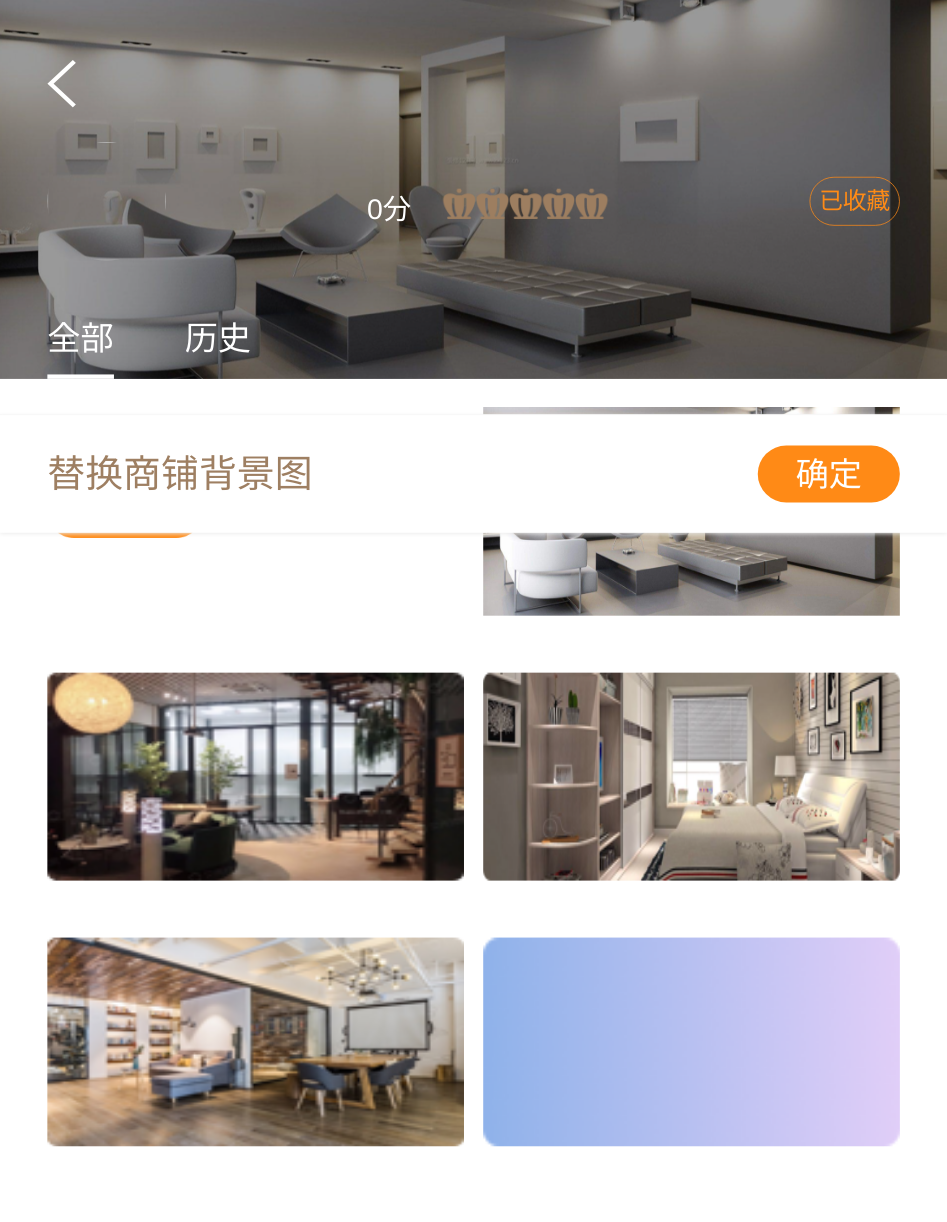
Repository: missing-star/rockBridge
Page: shop-set-bg.html
An editor plug-in stored every save of this project. The page is shown before and after the next save, followed by the edit.
The browser window is 1280 px wide. The pictures show the whole page, at 74% of full size.

Above is the page before, as saved 2019-05-16 18:01:44.

### shop-set-bg.html
<!DOCTYPE html>
<html lang="en">

<head>
    <meta charset="UTF-8">
    <meta name="viewport" content="width=device-width, initial-scale=1.0, user-scalable=no,maximum-scale=1.0">
    <meta http-equiv="X-UA-Compatible" content="ie=edge">
    <meta http-equiv="Expires" content="0">
    <meta http-equiv="Pragma" content="no-cache">
    <meta http-equiv="Cache-control" content="no-cache">
    <meta http-equiv="Cache" content="no-cache">
    <link rel="stylesheet" href="assets/mui/css/mui.min.css?v=1.2.6">
    <link rel="stylesheet" href="css/common.css?v=1.2.6">
    <link rel="stylesheet" href="css/shop-detail.css?v=1.2.6">
    <link rel="stylesheet" href="css/shop-set-bg.css">
    <title>叠石桥</title>
    <!--
        店铺详情
    -->
</head>

<body>
    <div id="app">
        <!--顶部搜索栏-->
        <header class="mui-bar mui-bar-nav" :style="currentBg">
            <div class="bg-black">
                <div class="search-group">
                    <i onclick="goBack()" class="mui-icon mui-icon-arrowleft"></i>
                </div>
                <div class="shop-info">
                    <img :src="shopInfo.images" alt="" class="shop-logo">
                    <div class="shop-title">
                        <p class="shop-name">{{shopInfo.title}}</p>
                        <p class="shop-level">
                            <span class="shop-score">{{score}}分</span>
                            <span class="shop-level-icon">
                                <img v-for="n in score" class="img-level" src="imgs/crown-active.png" alt="">
                                <img class="img-level" v-for="n in (5-score)" src="imgs/crown.png" alt="">
                            </span>
                        </p>
                    </div>
                    <button class="follow active">
                        已收藏
                    </button>
                </div>
                <ul class="tab-list">
                    <li class="tab-item active" data-tab-id="0">全部</li>
                    <li class="tab-item" data-tab-id="1">历史</li>
                </ul>
            </div>
        </header>
        <div class="mui-content">
            <div class="tab-content" :class="{active:showTab == 0}">
                <div class="preview-img-wrapper">
                    <img src="imgs/preview.png" class="preview-icon">
                </div>
                <img :class="{active:currentPreview == index}" @click="previewBg(index)" v-for="index in bgList" :src="getBg(index)" class="preview-item">
            </div>
            <div class="tab-content goods" :class="{active:showTab == 1}">
                    <img v-for="index in bgHistory" :src="getBg(index)" class="preview-item">
            </div>
        </div>
        <!-- 联系商家 -->
        <div class="contact-business-wrapper">
            <p class="phone-number-wrapper">
                <span class="phone-number">替换商铺背景图</span>
            </p>
            <a href="javascript:;" @click="changeBg" class="contact-business-btn">确定</a>
        </div>
    </div>
    <script src="assets/vue/vue.min.js?v=1.2.6"></script>
    <script src="assets/jquery/jquery.min.js?v=1.2.6"></script>
    <script src="assets/mui/js/mui.min.js?v=1.2.6"></script>
    <script src="js/common.js?v=1.2.6"></script>
    <script src="js/shop-set-bg.js"></script>
</body>

</html>

### css/common.css
html,
body,
.mui-content {
    font-size: calc(100vw / 20);
    background: #ffffff;
}
*{
    word-break: break-all;
}
div.mui-content {
    padding: 1rem;
}

header.mui-bar.mui-bar-nav {
    background: #ffffff;
    -webkit-box-shadow: none;
            box-shadow: none;
}

nav.mui-bar.mui-bar-tab {
    background: #ffffff;
    -webkit-box-shadow: 0 0 6px 0 rgba(0, 0, 0, 0.15);
            box-shadow: 0 0 6px 0 rgba(0, 0, 0, 0.15);
}

nva.mui-bar-tab span.mui-tab-label {
    color: #9d7e60;
}

.mui-bar-tab .mui-tab-item.mui-active {
    color: #5f4831;
}

img.mui-icon.nav-bar-icon.active {
    display: inline;
}

img.mui-icon.nav-bar-icon {
    display: none;
}

p {
    margin: 0;
}

input[type=color],
input[type=date],
input[type=datetime-local],
input[type=datetime],
input[type=email],
input[type=month],
input[type=number],
input[type=password],
input[type=search],
input[type=tel],
input[type=text],
input[type=time],
input[type=url],
input[type=week],
select,
textarea {
    margin-bottom: 0;
    width: auto;
    height: auto;
    border: none;
    -webkit-box-flex: 1;
        -ms-flex: 1;
            flex: 1;
    font-size: 0.8rem;
}

input::-webkit-input-placeholder {
    color: #c2c2c2;
}

nav.mui-bar.mui-bar-tab a.mui-tab-item {
    -ms-touch-action: none;
        touch-action: none;
    height: 100%;
}

nav.mui-bar.mui-bar-tab {
    height: 3rem;
}

.mui-bar-tab .mui-tab-item .mui-icon {
    top: 3px;
    width: 1.2rem;
    height: 1.2rem;
    padding-top: 0;
    padding-bottom: 0;
    margin-bottom: 0.1rem;
}

.mui-bar-tab .mui-tab-item .mui-icon~.mui-tab-label {
    font-size: 0.5rem;
    line-height: 1rem;
}

.mui-bar-tab~.mui-content {
    padding-top: 2.5rem;
    padding-bottom: 3rem;
}

button.submit {
    background: #9d7e60;
    width: 100%;
    border: none;
    border-radius: 1rem;
    font-size: 1rem;
    line-height: 1rem;
    color: #fff;
    margin-top: 1rem;
    height: 2rem;
}

button.mui-btn.mui-btn-blue.mui-poppicker-btn-ok,
button.mui-btn.mui-btn-blue {
    color: #ff8b16;
    background: transparent;
    border: none;
    font-size: 1rem;
}

.mui-poppicker-header,
.mui-dtpicker-header {
    border-radius: 0.3rem 0.3rem 0 0;
}

button.mui-btn.mui-poppicker-btn-cancel,
.mui-dtpicker-header button {
    color: #aaaaaa;
    border: none;
    background: transparent;
    font-size: 1rem;
}

button.mui-btn.mui-poppicker-btn-cancel>img,
.mui-dtpicker-header button>img {
    width: 1rem;
}

.mui-picker-inner,
.mui-picker {
    background: #fcfcfc;
    -webkit-mask-box-image: none;
    border-radius: 0 0 0.3rem 0.3rem;
}

.mui-poppicker-body {
    border: none;
    border-radius: 0 0 0.3rem 0.3rem;
}

button.mui-btn {
    color: #aaaaaa;
    border-color: #aaaaaa;
}

.mui-dtpicker-header {
    background: #ffffff;
}

.mui-dtpicker-title h5 {
    display: none;
}

span.mui-popup-button.mui-popup-button-bold {
    color: #FF8B16;
}

span.mui-popup-button {
    color: #aaaaaa;
}

[v-cloak] {
    display: none !important;
}

.mui-poppicker.mui-active,
.mui-dtpicker.mui-active {
    margin: 0.5rem;
    width: calc(100% - 1rem);
    border-radius: 0.3rem;
}

.popicker-title,
.dt-popicker-title {
    -webkit-box-flex: 1;
        -ms-flex: 1;
            flex: 1;
    text-align: center;
    font-size: 1rem;
    color: #000000;
}

.mui-poppicker-header,
.mui-dtpicker-header {
    display: -webkit-box;
    display: -ms-flexbox;
    display: flex;
    -webkit-box-align: center;
        -ms-flex-align: center;
            align-items: center;
    -webkit-box-pack: justify;
        -ms-flex-pack: justify;
            justify-content: space-between;
    background: #eeeeee;
}

.mui-pciker-list li {
    color: #b19c88;
}

.mui-pciker-list li.highlight {
    color: #5f4831;
}

.mui-pciker-rule-ft {
    z-index: 2;
    border-top: solid 1px #ced7de;
    border-bottom: solid 1px #ced7de;
}


input::-webkit-outer-spin-button,
input::-webkit-inner-spin-button {

    -webkit-appearance: none !important;
}

input[type="number"] {
    -moz-appearance: textfield;
}
.ellipsis{
    white-space: nowrap;
    overflow: hidden;
    text-overflow: ellipsis;
}
/* 联系商家 */
.contact-business-wrapper {
    position: fixed;
    bottom: 0;
    width: 100%;
    height: 2.5rem;
    background: #FFFFFF;
    border-top: 1px solid #f6f6f6;
    -webkit-box-shadow: 0 2px 6px 0 #EBEBEB;
            box-shadow: 0 2px 6px 0 #EBEBEB;
    display: -webkit-box;
    display: -ms-flexbox;
    display: flex;
    -webkit-box-align: center;
        -ms-flex-align: center;
            align-items: center;
    -webkit-box-pack: justify;
        -ms-flex-pack: justify;
            justify-content: space-between;
    padding: 0 1rem;
}
span.phone-number {
    color: #9e7f62;
    font-size: 0.8rem;
}
a.contact-business-btn {
    background: #ff8a16;
    color: #fff;
    font-size: 0.7rem;
    border-radius: 1rem;
    padding: 0.1rem 0.8rem;
    line-height: 1rem;
}
p.phone-number-wrapper {
    display: -webkit-box;
    display: -ms-flexbox;
    display: flex;
    -webkit-box-align: center;
        -ms-flex-align: center;
            align-items: center;
    -webkit-box-pack: justify;
        -ms-flex-pack: justify;
            justify-content: space-between;
    min-width: 28%;
}
img.phone-icon {
    width: 1rem;
}

### css/shop-detail.css
header.mui-bar.mui-bar-nav {
    height: 8rem;
    background-repeat: no-repeat;
    background-size: cover;
    padding: 0;
}

.mui-bar-nav.mui-bar .mui-icon {
    margin-left: -0.5rem;
    padding: 0;
    font-size: 1.6rem;
    color: #FFFFFF;
}
input.search-input {
    background-image: url(../imgs/search.png);
    background-repeat: no-repeat;
    background-position: 0.5rem;
    background-size: 0.8rem;
    margin: 0;
    margin: 0 1rem;
    -webkit-box-shadow: 0 0 6px 0 rgba(0,0,0,0.15);
            box-shadow: 0 0 6px 0 rgba(0,0,0,0.15);
    border-radius: 1rem;
    padding-left: 1.5rem;
    font-size: 0.8rem;
    height: 100%;
    text-align: center;
}
.notice-container {
    position: relative;
    width: 2.5rem;
    display: -webkit-box;
    display: -ms-flexbox;
    display: flex;
    -webkit-box-align: center;
        -ms-flex-align: center;
            align-items: center;
}

img.notice-icon {
    width: 0.5rem;
}
.search-group {
    width: 100%;
    display: -webkit-box;
    display: -ms-flexbox;
    display: flex;
    -webkit-box-align: center;
        -ms-flex-align: center;
            align-items: center;
    -webkit-box-pack: justify;
        -ms-flex-pack: justify;
            justify-content: space-between;
    height: 1.5rem;
}
.bg-black {
    width: 100%;
    height: 100%;
    background: rgba(0,0,0,0.4);
    padding: 1rem;
    position: relative;
}
.shop-info {
    display: -webkit-box;
    display: -ms-flexbox;
    display: flex;
    -webkit-box-align: center;
        -ms-flex-align: center;
            align-items: center;
    height: 3.5rem;
    -webkit-box-pack: justify;
        -ms-flex-pack: justify;
            justify-content: space-between;
}
img.shop-logo {
    width: 2.5rem;
    height: 2.5rem;
    border-radius: 50%;
}
img.img-level {
    width: 0.7rem;
}
p.shop-name {
    color: #fff;
    font-size: 0.8rem;
    line-height: 0.8rem;
}
p.shop-level {
    color: #fff;
    font-size: 0.6rem;
    margin-top: 0.2rem;
    line-height: 0.6rem;
}
button.follow {
    background: transparent;
    border-radius: 1rem;
    color: #fff;
    font-size: 0.5rem;
    line-height: 0.8rem;
}
span.shop-level-icon {
    margin-left: 0.5rem;
}
ul.tab-list {
    margin: 0;
    padding: 0;
    list-style: none;
    color: #fff;
    display: -webkit-box;
    display: -ms-flexbox;
    display: flex;
    -webkit-box-align: center;
        -ms-flex-align: center;
            align-items: center;
    height: 1.2rem;
    position: absolute;
    bottom: 0;
}
li.tab-item {
    margin-right: 1.5rem;
    position: relative;
    height: 100%;
    line-height: 0.7rem;
    font-size: 0.7rem;
}
li.tab-item.active:after{
    content: '';
    width:100%;
    background: #fff;
    height: 0.1rem;
    position: absolute;
    bottom: 0;
    left: 0;
}
.slider, .slider-business {
    white-space: nowrap;
    overflow: hidden;
    overflow-x: scroll;
}
.slider-business-item {
    display: inline-block;
    width: 5rem;
    border-radius: 6px;
    margin-right: 10px;
    text-align: center;
}
.slider-business::-webkit-scrollbar{
    width: 0;
    height: 0;
}
.slider-business-item img {
    width: 100%;
    border-radius: 6px;
    height: 5rem;
}
p.business-item-title {
    margin-top: 0.5rem;
    font-size: 0.8rem;
    color: #333;
    line-height: 0.8rem;
    margin-bottom: 0.5rem;
}
p.business-item-content {
    font-size: 0.6rem;
    line-height: 0.6rem;
    color:#fb8433;
}
.mui-bar-nav~.mui-content{
    padding-top: 8rem;
}
p.business-top-title,p.class-title {
    font-size: 0.8rem;
    padding: 1rem 0;
    color: #000;
}
div.have-good-goods {
    display: -webkit-box;
    display: -ms-flexbox;
    display: flex;
    -webkit-box-align: center;
        -ms-flex-align: center;
            align-items: center;
    -ms-flex-wrap: wrap;
        flex-wrap: wrap;
    -webkit-box-pack: justify;
        -ms-flex-pack: justify;
            justify-content: space-between;
}
.goods-item {
    width: 48%;
    margin-bottom: 1rem;
}
img.goods-img {
    width: 100%;
    height: calc(48vw - 1rem);
    border-radius: 0.2rem;
}
.goods-info>p:first-child {
    margin: 0.2rem 0;
    font-size: 0.6rem;
    line-height: 0.8rem;
}
.goods-info>p {
    font-size: 0.8rem;
    line-height: 0.8rem;
    display: -webkit-box;
    display: -ms-flexbox;
    display: flex;
    -webkit-box-align: center;
        -ms-flex-align: center;
            align-items: center;
    -webkit-box-pack: justify;
        -ms-flex-pack: justify;
            justify-content: space-between;
}
span.eye-container {
    display: -webkit-inline-box;
    display: -ms-inline-flexbox;
    display: inline-flex;
    -webkit-box-align: center;
        -ms-flex-align: center;
            align-items: center;
}
img.view-num {
    width: 1rem;
    margin-right: 0.2rem;
}
button.reserve {
    background: #9d7e60;
    border: none;
    border-radius: 1rem;
    color: #fff;
    padding: 0 0.3rem;
    font-size: 0.6rem;
    line-height: 1rem;
}
.bottom-line {
    width: 100%;
    color: #aaa;
    font-size: 0.8rem;
    text-align: center;
    height: 2rem;
    margin-bottom: 0.5rem;
}
button.follow.active {
    color: #ff8b16;
    border-color: #ff8b16;
}

/**搜索页样式*/
div.search-page.active{
    -webkit-animation: slideIn 0.2s ease;
            animation: slideIn 0.2s ease;
    -webkit-animation-fill-mode: forwards;
            animation-fill-mode: forwards;
}
@-webkit-keyframes slideIn{
    from{
        left:100%
    }
    to{
        left:0
    }
}
@keyframes slideIn{
    from{
        left:100%
    }
    to{
        left:0
    }
}
div.search-page {
    position: fixed;
    left: 100%;
    top: 0;
    width: 100%;
    height: 100%;
    z-index: 99;
    background: #fff;
}
div.search-page.slide-out{
    -webkit-animation: slideOut 0.2s ease;
            animation: slideOut 0.2s ease;
    -webkit-animation-fill-mode: forwards;
            animation-fill-mode: forwards;
}
@-webkit-keyframes slideOut{
    from{
        left:0
    }
    to{
        left:100%
    }
}
@keyframes slideOut{
    from{
        left:0
    }
    to{
        left:100%
    }
}
div.search-page>header {
    padding: 15px;
    display: -webkit-box;
    display: -ms-flexbox;
    display: flex;
    -webkit-box-align: center;
        -ms-flex-align: center;
            align-items: center;
    -webkit-box-pack: justify;
        -ms-flex-pack: justify;
            justify-content: space-between;
}
img.icon-back {
    width: 0.6rem;
}
span.cancel-search {
    white-space: nowrap;
    color: #333;
    padding: 0.5rem 0;
    font-size: 0.8rem;
}
p.business-detail>span:first-child{
	font-size: 0.8rem;
	line-height: 0.8rem;
    margin-bottom: 0.2rem;
    display: -webkit-box;
    display: -ms-flexbox;
    display: flex;
    -webkit-box-align: center;
        -ms-flex-align: center;
            align-items: center;
}

p.business-detail>span:last-child{
	font-size: 0.6rem;
	line-height: 0.6rem;
}

ul.tab-bar {
    margin: 0;
    list-style: none;
    padding-left: 15px;
}

li.tab-bar-item{
    display: inline-block;
    text-align: center;
    color:#888888;
    font-size: 0.8rem;
    width: 3rem;
    height: 1.5rem;
    position: relative;
    margin-right: 1rem;
    line-height: 0.9rem;
}
li.tab-bar-item.active{
    color:#5e452d;
}
li.tab-bar-item.active:after {
    content: '';
    width: 100%;
    height: 3px;
    position: absolute;
    bottom: 0;
    left: 0;
    background: #5e452d;
}
header.history-header,header.hot-header {
    margin-top: 1rem;
    display: -webkit-box;
    display: -ms-flexbox;
    display: flex;
    -webkit-box-align: center;
        -ms-flex-align: center;
            align-items: center;
    -webkit-box-pack: justify;
        -ms-flex-pack: justify;
            justify-content: space-between;
    padding: 0 15px;
}
p.search-history-title,p.search-hot-title {
    font-size: 0.7rem;
}
img.icon-delete {
    width: 0.8rem;
}
ul.history-list ,ul.hot-list{
    list-style: none;
    margin-top: 1rem;
    padding: 0 15px;
}
li.list-item {
    display: inline-block;
    padding: 0.2rem 1rem;
    background: #f6f6f6;
    border-radius: 100px;
    color:#666666;
    font-size: 0.6rem;
    margin-right: 0.6rem;
    margin-bottom: 0.4rem;
}
.input-group {
    position: relative;
    -webkit-box-flex: 1;
        -ms-flex: 1;
            flex: 1;
    margin: 0 1rem;
    height: 1.5rem;
}
img.clear-icon {
    position: absolute;
    top: 0.3rem;
    right: 0.4rem;
    width: 0.8rem;
}
input.search-page-input {
    height: 100%;
    background: url(../imgs/search.png) no-repeat;
    background-position: 0.2rem;
    background-size: 0.8rem;
    margin: 0;
    -webkit-box-shadow: 0 0 6px 0 rgba(0,0,0,0.15);
            box-shadow: 0 0 6px 0 rgba(0,0,0,0.15);
    border-radius: 1rem;
    padding-left: 1.3rem;
    font-size: 0.6rem;
    width: 100%;
}
p.name {
    color: #333333;
    text-align: center;
    font-size: 0.8rem;
    line-height: 1rem;
}
p.price {
    color: #ff4404;
    text-align: center;
    font-size: 0.6rem;
    line-height: 1rem;
}
.tab-content {
    display: none;
}
.tab-content.active {
    display: block;
}
.tab-content.goods.active {
    padding-top: 1rem;
}
.comments-score {
    display: -webkit-box;
    display: -ms-flexbox;
    display: flex;
    -webkit-box-align: center;
        -ms-flex-align: center;
            align-items: center;
    -webkit-box-pack: justify;
        -ms-flex-pack: justify;
            justify-content: space-between;
}
img.comments-icon {
    width: 0.75rem;
    margin: 0 0.1rem;
}
.score-show,.star-container,.good-percent {
    -webkit-box-shadow: 0px 2px 6px 0px rgba(0,0,0,0.15);
            box-shadow: 0px 2px 6px 0px rgba(0,0,0,0.15);
    display: -webkit-box;
    display: -ms-flexbox;
    display: flex;
    -webkit-box-align: center;
        -ms-flex-align: center;
            align-items: center;
    -webkit-box-pack: center;
        -ms-flex-pack: center;
            justify-content: center;
    -webkit-box-orient: vertical;
    -webkit-box-direction: normal;
        -ms-flex-direction: column;
            flex-direction: column;
    padding: 0.5rem;
    border-radius: 5px;
    min-height: 3.7rem;
}
.score-show>p.score,.good-percent>p.number {
    color: #ff8b16;
    font-size: 1.2rem;
    line-height: 1.2rem;
}
.score-show>p.title,.good-percent>p.title {
    color: #333333;
    font-size: 0.7rem;
    line-height: 1rem;
    margin-top: 0.2rem;
}
p.score-star {
    margin-top: 0.02rem;
}
.star-container {
    -webkit-box-flex: 1;
        -ms-flex: 1;
            flex: 1;
    margin: 0 0.3rem;
}
.star-container>p {
    font-size: 0.7rem;
    color: #333333;
}
img.user-logo {
    width: 2.5rem;
    height: 2.5rem;
    border-radius: 50%;
}
ul.comments-list {
    list-style: none;
    padding: 0;
}
.user-info {
    display: -webkit-box;
    display: -ms-flexbox;
    display: flex;
    -webkit-box-align: center;
        -ms-flex-align: center;
            align-items: center;
    -webkit-box-pack: justify;
        -ms-flex-pack: justify;
            justify-content: space-between;
    border-bottom: 1px solid #eeeeee;
    padding-bottom: 0.2rem;
}
.left-part {
    display: -webkit-box;
    display: -ms-flexbox;
    display: flex;
    -webkit-box-align: center;
        -ms-flex-align: center;
            align-items: center;
    -webkit-box-pack: justify;
        -ms-flex-pack: justify;
            justify-content: space-between;
}
p.user-nickname {
    display: -webkit-box;
    display: -ms-flexbox;
    display: flex;
    -webkit-box-orient: vertical;
    -webkit-box-direction: normal;
        -ms-flex-direction: column;
            flex-direction: column;
    padding-left: 0.5rem;
}
img.like-icon {
    width: 0.6rem;
}
p.like {
    font-size: 0.75rem;
    line-height: 1rem;
    color: #333333;
    display: -webkit-box;
    display: -ms-flexbox;
    display: flex;
    -webkit-box-align: center;
        -ms-flex-align: center;
            align-items: center;
    -webkit-box-pack: end;
        -ms-flex-pack: end;
            justify-content: flex-end;
}
span.username {
    color: #333333;
    font-size: 0.8rem;
    line-height: 1rem;
}
span.score {
    color: #aaaaaa;
    font-size: 0.6rem;
    line-height: 1rem;
}
p.show-date {
    color: #aaaaaa;
    font-size: 0.75rem;
    line-height: 1rem;
}
span.like-num {
    padding-left: 0.2rem;
    padding-top: 0.2rem;
}
.comments-content {
    padding-top: 0.5rem;
    font-size: 0.7rem;
    line-height: 1rem;
    color: #333333;
}
.shop-reply {
    background: #eeeeee;
    font-size: 0.7rem;
    margin-top: 0.5rem;
    line-height: 1rem;
    border-radius: 0.2rem;
    padding: 0.2rem;
    color:#aaaaaa;
}
li.comments-item{
    position: relative;
    margin-bottom: 2rem;
}
li.comments-item:after {
    content: '';
    position: absolute;
    background: #f6f6f6;
    height: 4px;
    width: 100%;
    bottom: -1rem;
}
button.comments-btn {
    position: fixed;
    bottom: 0;
    left: 0;
    width: 100vw;
    font-size: 0.9rem;
    line-height: 1.2rem;
    border: none;
    background: #9d7e60;
    border-radius: 0px;
    color: #ffffff;
    padding: 0.5rem;
}
.show-imgs {
    display: -webkit-box;
    display: -ms-flexbox;
    display: flex;
    -webkit-box-align: center;
        -ms-flex-align: center;
            align-items: center;
    margin-top: 0.5rem;
}
img.show-img-item {
    width: 30%;
    margin: 0 1%;
    height: 5rem;
    border-radius: 0.2rem;
}

### css/shop-set-bg.css
img.preview-item {
    width: 44vw;
    height: 22vw;
    margin: 3vw 0;
}
.tab-content.active {
    display: flex;
    align-items: center;
    justify-content: space-between;
    flex-wrap: wrap;
}

Loaded but not shown: assets/mui/css/mui.min.css (library); assets/vue/vue.min.js (library); assets/jquery/jquery.min.js (library); assets/mui/js/mui.min.js (library); js/common.js (224 lines, source omitted); js/shop-set-bg.js (81 lines, source omitted)

After the next save:
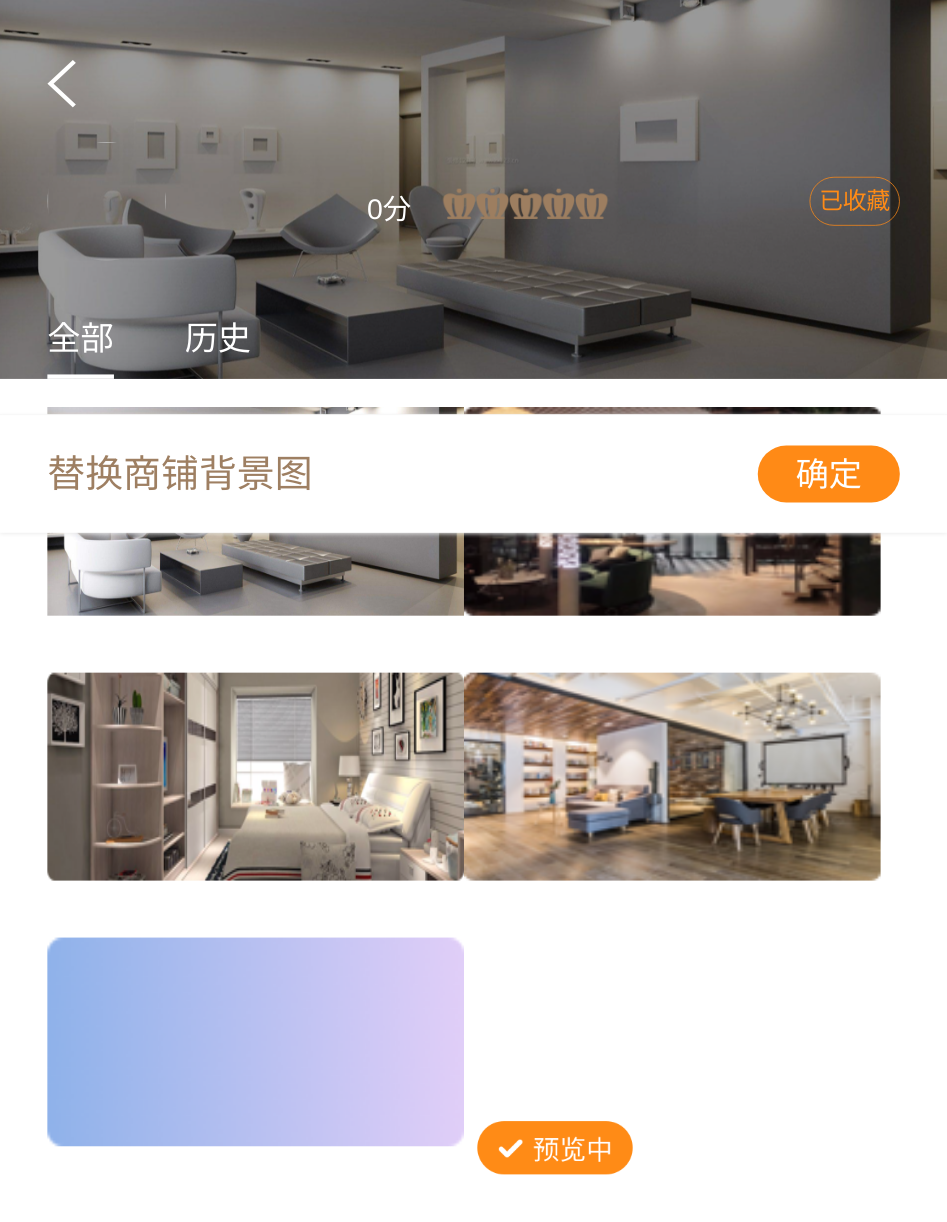
Saved 28 s later.
--- a/shop-set-bg.html
+++ b/shop-set-bg.html
@@ -51,10 +51,10 @@
         </header>
         <div class="mui-content">
             <div class="tab-content" :class="{active:showTab == 0}">
-                <div class="preview-img-wrapper">
+                <div :class="{active:currentPreview == index}" class="preview-img-wrapper">
+                    <img @click="previewBg(index)" v-for="index in bgList" :src="getBg(index)" class="preview-item">
                     <img src="imgs/preview.png" class="preview-icon">
                 </div>
-                <img :class="{active:currentPreview == index}" @click="previewBg(index)" v-for="index in bgList" :src="getBg(index)" class="preview-item">
             </div>
             <div class="tab-content goods" :class="{active:showTab == 1}">
                     <img v-for="index in bgHistory" :src="getBg(index)" class="preview-item">
